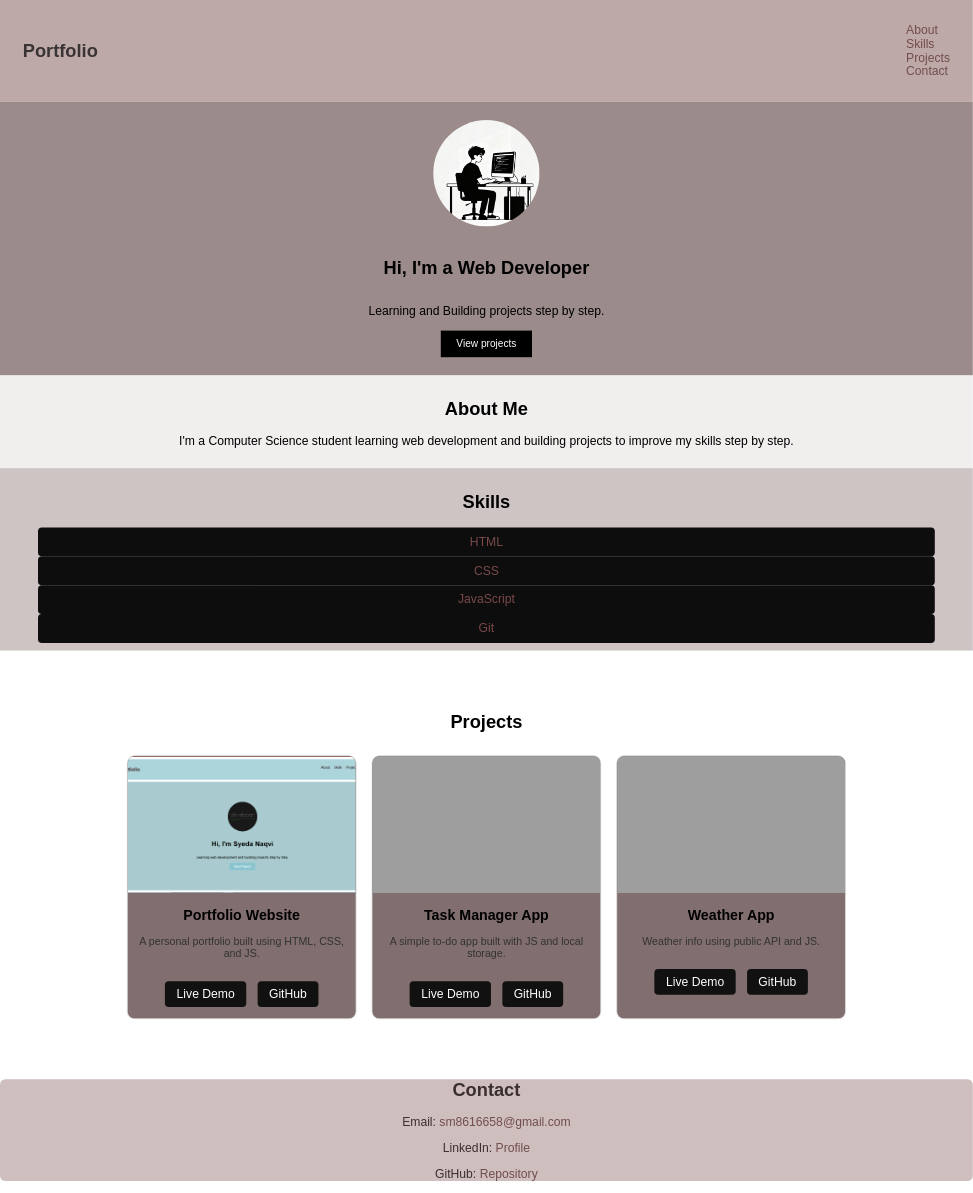
Repository: syeda-naqvi-hub/Portfolio-website
Page: python/portfolio/index.html
The author's editor kept a copy of each file at every save. The page is drawn from the files as they stood at one save, then again after the next save.
The browser window is 1280 px wide. The pictures show the whole page, at 76% of full size.
Pictures or frames that could not be fetched are drawn as grey boxes.

Above is the page before, as saved 2026-02-07 13:32:44.

After the next save:
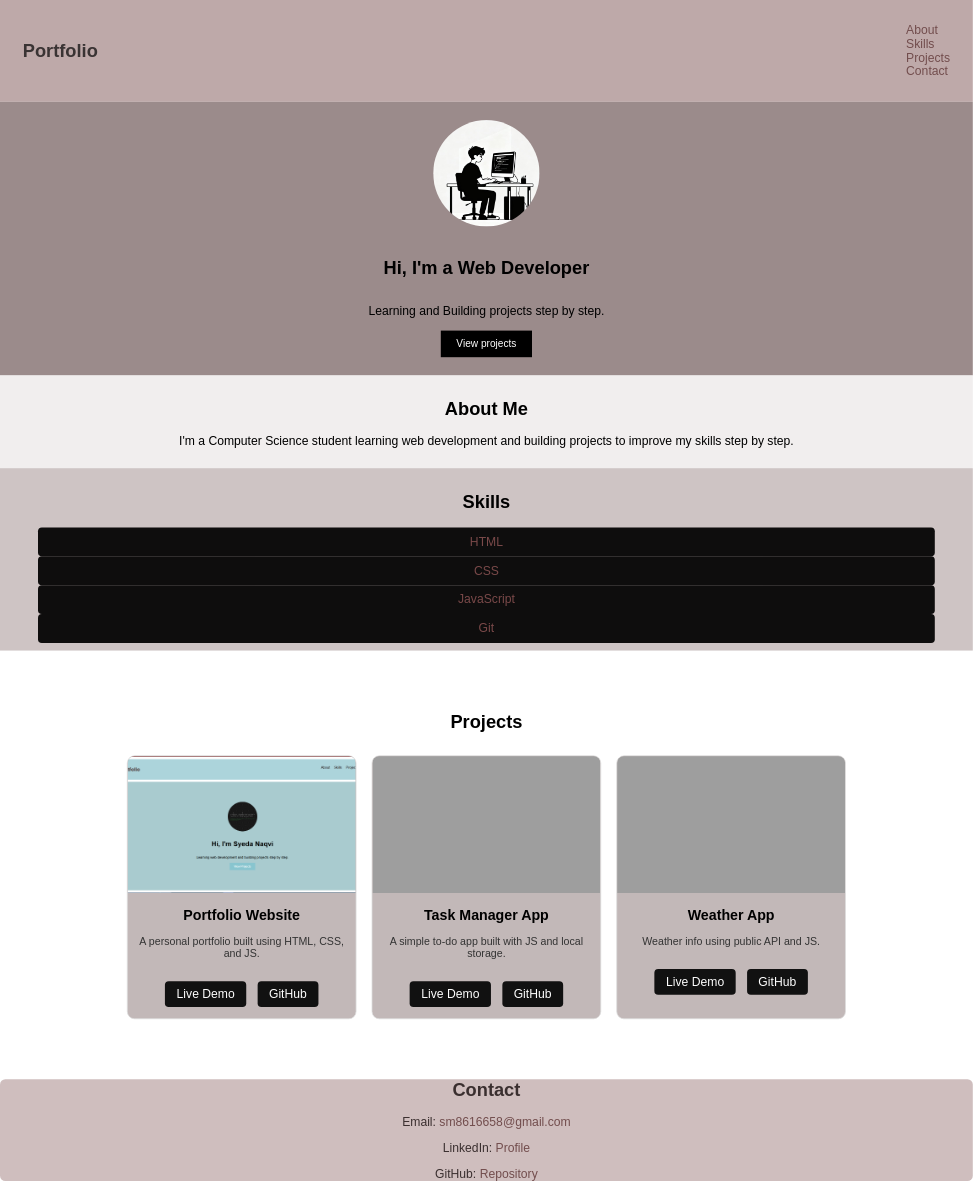
Saved 9 s later.
--- a/python/portfolio/style.css
+++ b/python/portfolio/style.css
@@ -103,7 +103,7 @@ button:hover {
 }
 
 .project-card {
-  background: #816e6e;
+  background: #c2b8b8;
   border-radius: 10px;
   overflow: hidden;
   width: 300px;
